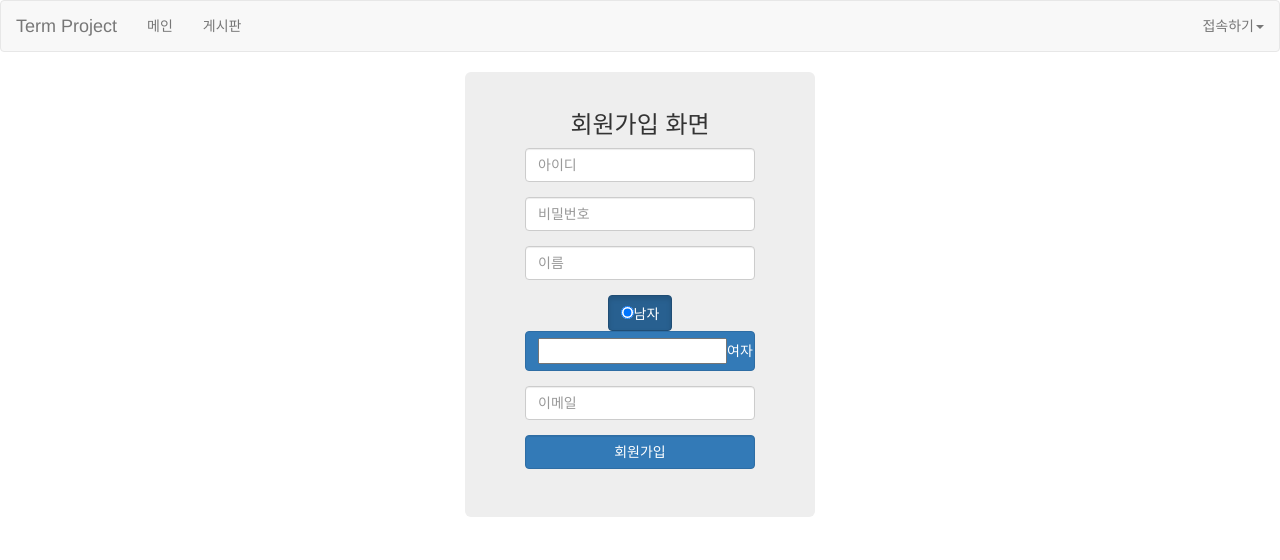
Repository: subsub97/web_bulletin-board
Page: http://localhost/BBS/join.jsp
The author's editor kept a copy of each file at every save. The page is drawn from the files as they stood at one save, then again after a run of saves.
The browser window is 1280 px wide. The pictures show the whole page.
Some web libraries are served in a nearby version. The page is served by Tomcat 9. Other server files are loaded and not shown.

Above is the page before, as saved 2023-05-25 15:13:51.

### Projects/BBS/src/main/webapp/join.jsp
<%@ page language="java" contentType="text/html; charset=UTF-8" pageEncoding="UTF-8"%>
<!DOCTYPE html>
<html>
<head>
<meta charset="UTF-8">
<meta name="viewport" content="width=device-width, initial-scale=1">

<link rel="stylesheet" href="css/bootstrap.css">

<title>Term Project</title>
</head>
<body>
	<nav class="navbar navbar-default">
		<div class="navbar-header">
			<button type="button" class="navbar-toggle collapsed"
				data-toggle="collapse" data-target="#bs-example-navbar-collapse-1"
				aria-expanded="false">
				<span class="icon-bar"></span>
				<span class="icon-bar"></span>
				<span class="icon-bar"></span>
			</button>
			<a class="navbar-brand" href="main.jsp">Term Project</a>
		</div>
		<div class="collapse navbar-collapse" id="bs-example-navbar-collapse-1">
			<ul class="nav navbar-nav">
				<li><a href="main.jsp">메인</a></li>
				<li><a href="main.jsp">게시판</a></li>
			</ul>
			<ul class="nav navbar-nav navbar-right">
				<li class="dropdown">
					<a href="#" class="dropdown-toggle" data-toggle="dropdown" role="button" aria-haspopup="true"
						aria-expanded="false">접속하기<span class="caret"></span></a>
					<ul class="dropdown-menu">
						<li class="active"><a href="login.jsp">로그인</a></li>
						<li><a href="join.jsp">회원가입</a></li>
					</ul>
				</li>
			</ul>
		</div>
	</nav>
	<div class="container">
		<div class="col-lg-4"></div>
		<div class="col-lg-4">
			<div class="jumbotron" style="padding-top: 20px;">
				<form method="post" action="joinAction.jsp">
					<h3 style="text-align: center;">회원가입 화면</h3>
					<div class="form-group">
						<input type="text" class="form-control" placeholder="아이디" name="userID" maxlength="20">
					</div>
					<div class="form-group">
						<input type="password" class="form-control" placeholder="비밀번호" name="userPassword" maxlength="20">
					</div>
					<div class="form-group">
						<input type="text" class="form-control" placeholder="이름" name="userName" maxlength="20">
					</div>
					<div class="form-group" style = "text-align: center;">
						<label class ="btn btn-primary active">
							<input type = "radio" name="userGender" autocomplete="off" value = "M" checked>남자
						</label>
						<label class ="btn btn-primary">
							<input name="userGender" autocomplete="off" value = "F" checked>여자
						</label>
					</div>
					<div class="form-group">
						<input type="email" class="form-control" placeholder="이메일" name="userEmail" maxlength="20">
					</div>
					<input type="submit" class="btn btn-primary form-control" value="회원가입">
				</form>
			</div>
		</div>
		<div class="col-lg-4"></div>

		<script src="https://code.jquery.com/jquery-3.1.1.min.js"></script>
		<script src="js/bootstrap.js"></script>
	</div>
</body>
</html>

Loaded but not shown: Projects/BBS/src/main/webapp/css/bootstrap.css (library); Projects/BBS/src/main/webapp/js/bootstrap.js (library)

After the next 2 saves:
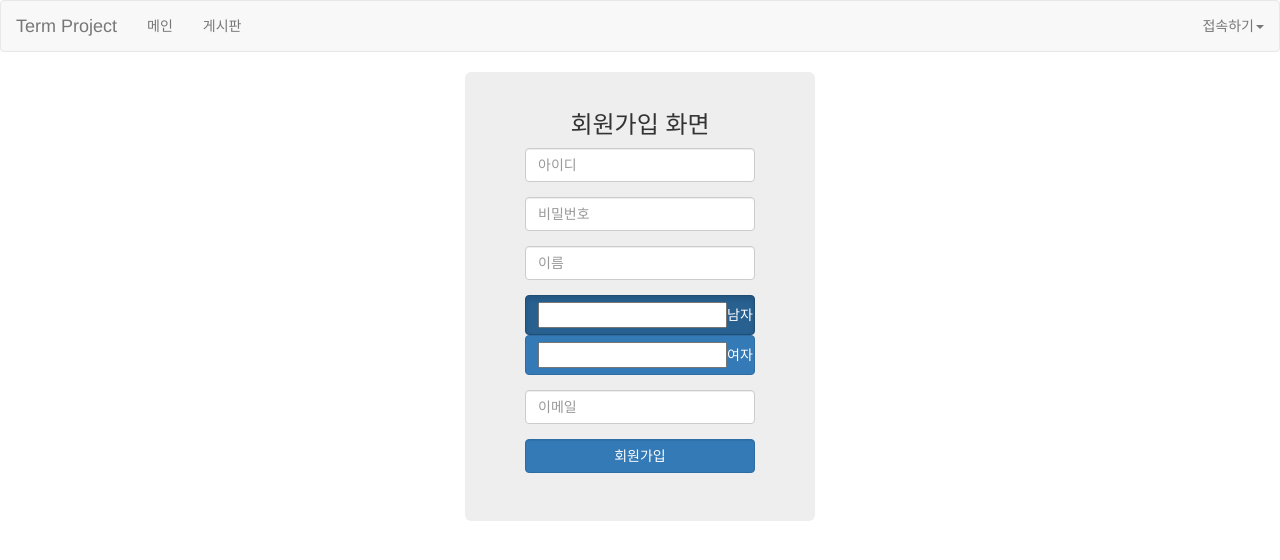
The 2 saves are shown as one change because they came seconds apart.
The last was saved 11 s later.
--- a/Projects/BBS/src/main/webapp/join.jsp
+++ b/Projects/BBS/src/main/webapp/join.jsp
@@ -55,7 +55,7 @@
 					</div>
 					<div class="form-group" style = "text-align: center;">
 						<label class ="btn btn-primary active">
-							<input type = "radio" name="userGender" autocomplete="off" value = "M" checked>남자
+							<input  name="userGender" autocomplete="off" value = "M" checked>남자
 						</label>
 						<label class ="btn btn-primary">
 							<input name="userGender" autocomplete="off" value = "F" checked>여자
